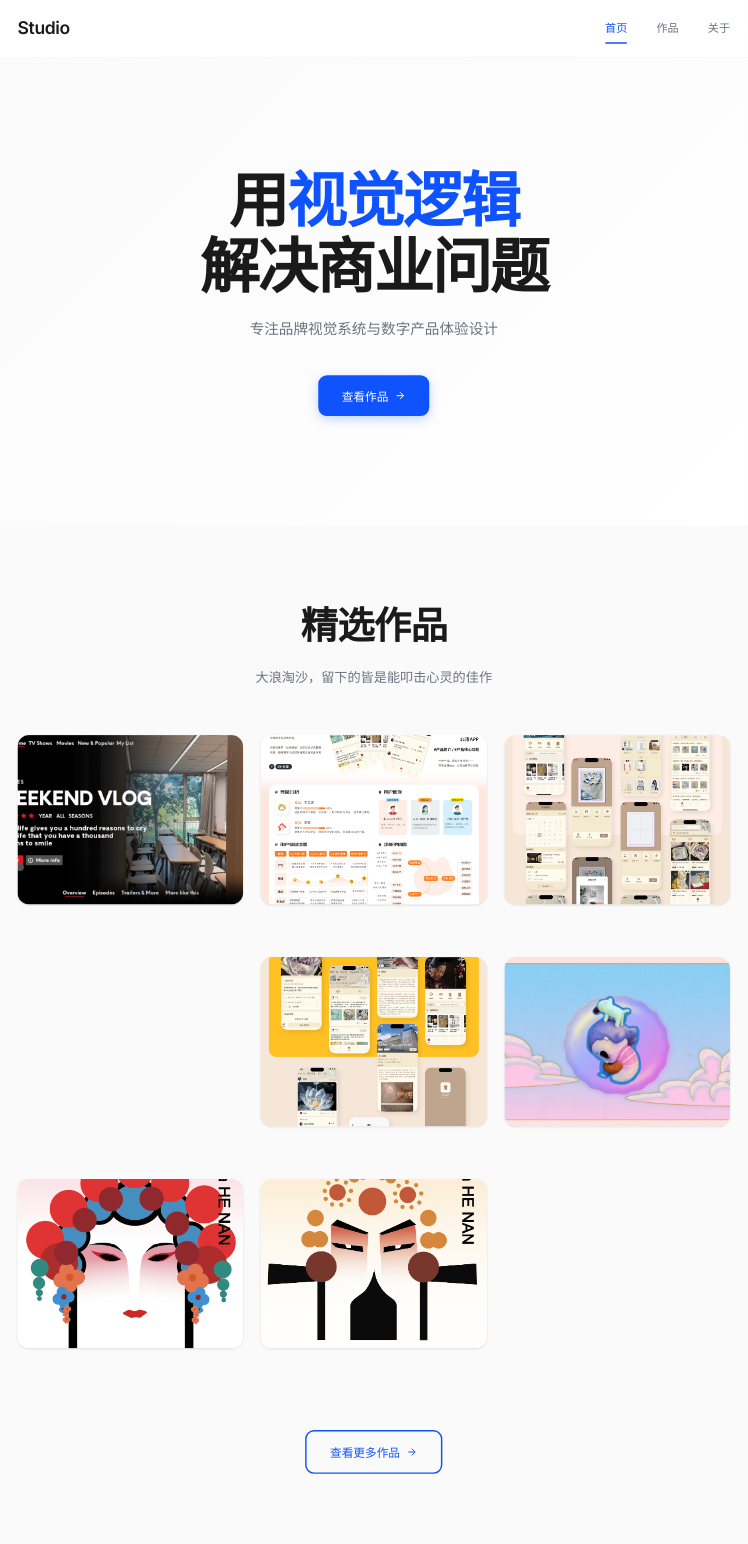
Repository: Nanzhexi/zhexi.github.io
Page: index.html
An editor plug-in stored every save of this project. The page is shown before and after the next save, followed by the edit.
The browser window is 1024 px wide. The pictures show the whole page, at 73% of full size.

Above is the page before, as saved 2025-07-03 03:23:28.

After the next save:
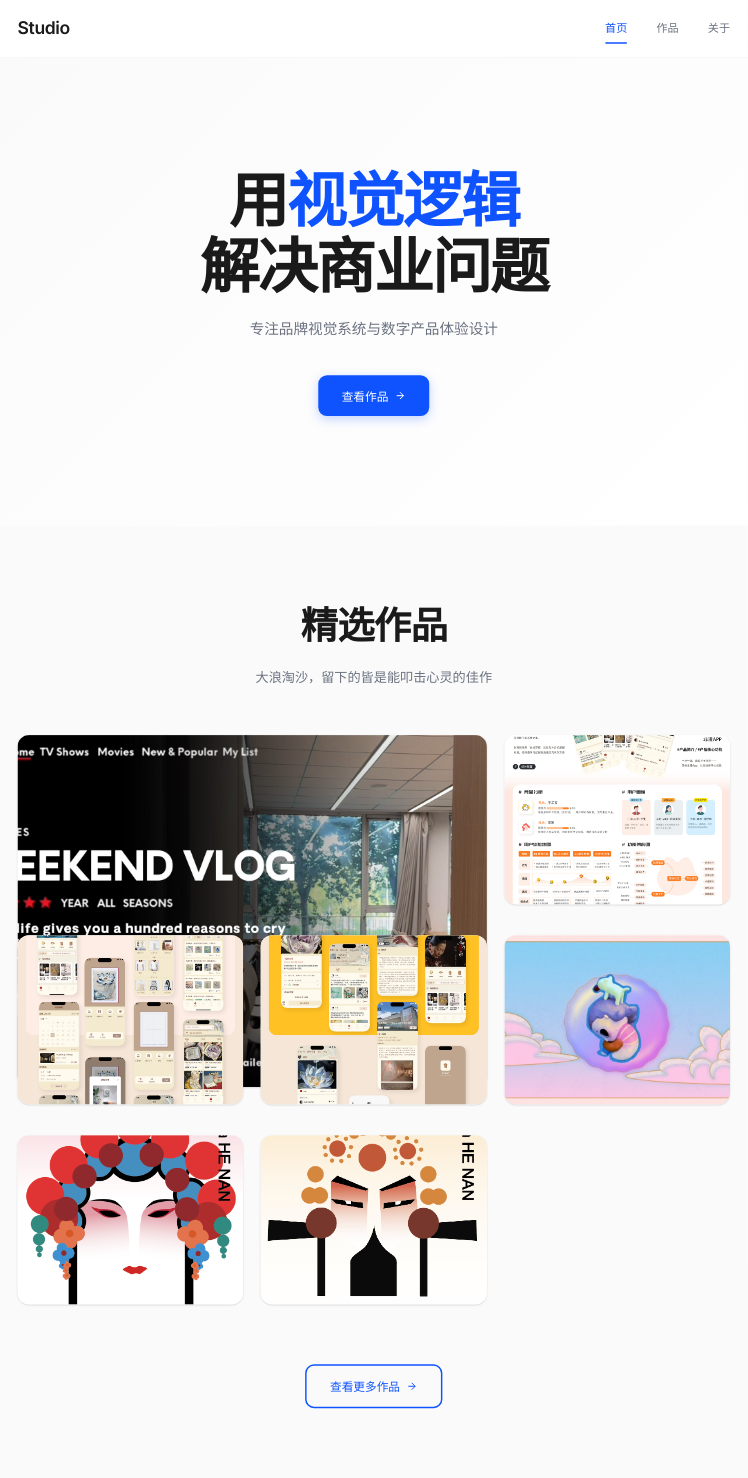
Saved 13 s later.
--- a/css/index.css
+++ b/css/index.css
@@ -326,13 +326,14 @@
     }
 
     .portfolio-grid {
-        grid-template-columns: repeat(auto-fit, minmax(300px, 1fr));
+        grid-template-columns: repeat(auto-fit, minmax(280px, 1fr));
         gap: 1.5rem;
+        grid-auto-rows: 250px;
     }
 
     .portfolio-item.large {
-        grid-column: span 1;
-        aspect-ratio: 4/3;
+        grid-column: span 2;
+        grid-row: span 1;
     }
 }
 
